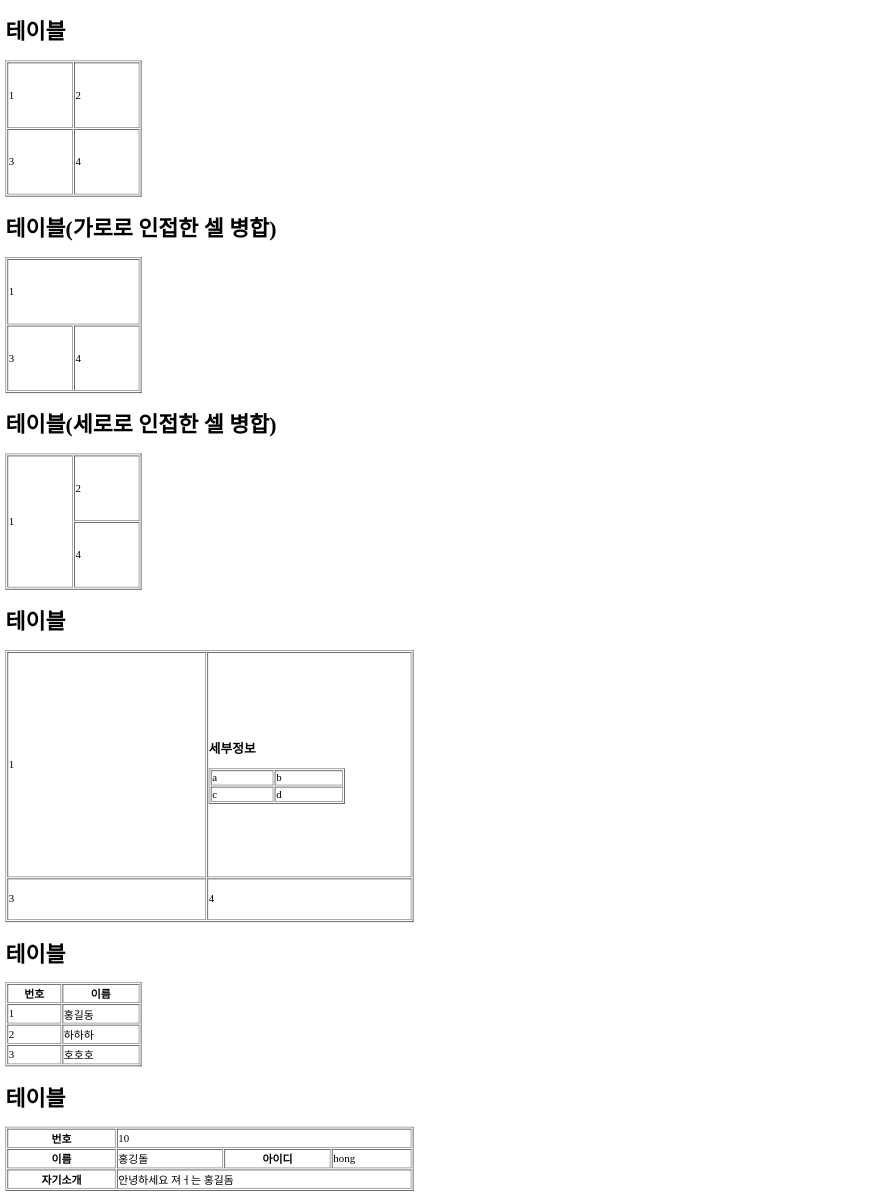
Repository: dnjs0/HCJ
Page: ClientTest/src/main/webapp/ex17_table.html
The author's editor kept a copy of each file at every save. The page is drawn from the files as they stood at one save, then again after the next save.
The browser window is 1280 px wide. The pictures show the whole page, at 68% of full size.

Above is the page before, as saved 2025-02-12 00:43:45.

After the next save:
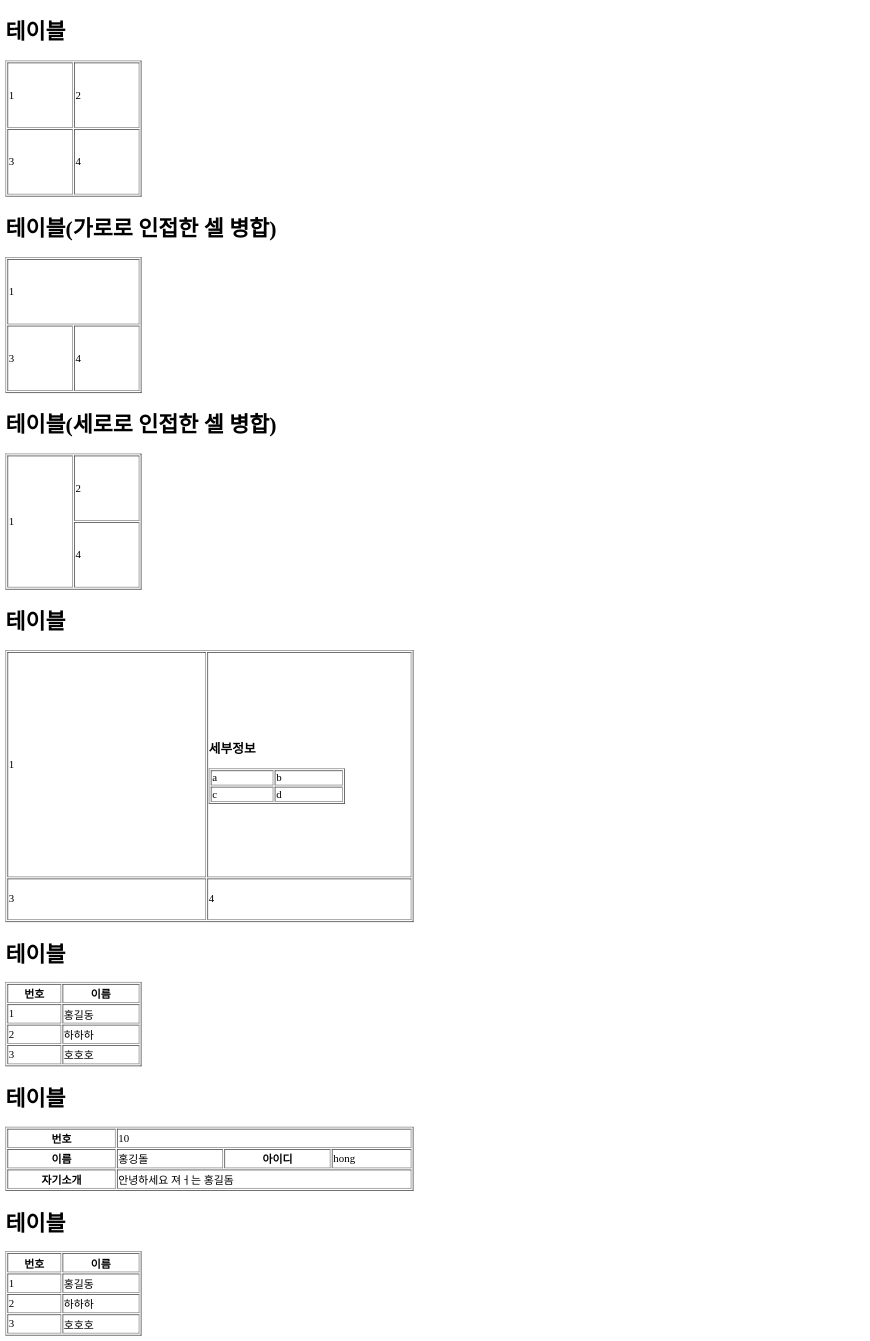
Saved 65 s later.
--- a/ClientTest/src/main/webapp/ex17_table.html
+++ b/ClientTest/src/main/webapp/ex17_table.html
@@ -135,5 +135,39 @@
 
      </table>
 
+
+
+
+
+
+
+
+     <h1>테이블</h1>
+     <table border="1" width="200" >
+
+         <tr>
+            <th>번호</th>
+            <th>이름</th>
+        </tr>
+
+
+        <tr>
+            <td>1</td>
+            <td>홍길동</td>
+        </tr>
+        <tr>
+            <td>2</td>
+            <td>하하하</td>
+        </tr>
+        <tr>
+            <td>3</td>
+            <td>호호호</td>
+        </tr>
+     </table>
+
+
+
+
+
 </body>
 </html>
